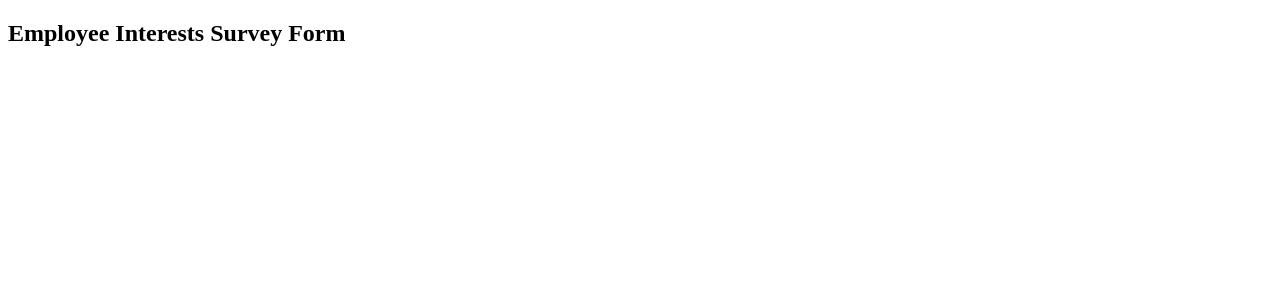
Repository: JoaoLemesDEV/Exercise-Survey-Form
Page: index.html
These files come from the project's save history. The page is drawn as it stood at one moment and after a run of saves; the edit follows.
The browser window is 1280 px wide. The pictures show the whole page.

Above is the page before, as saved 2021-10-10 18:17:19.

After the next 8 saves:
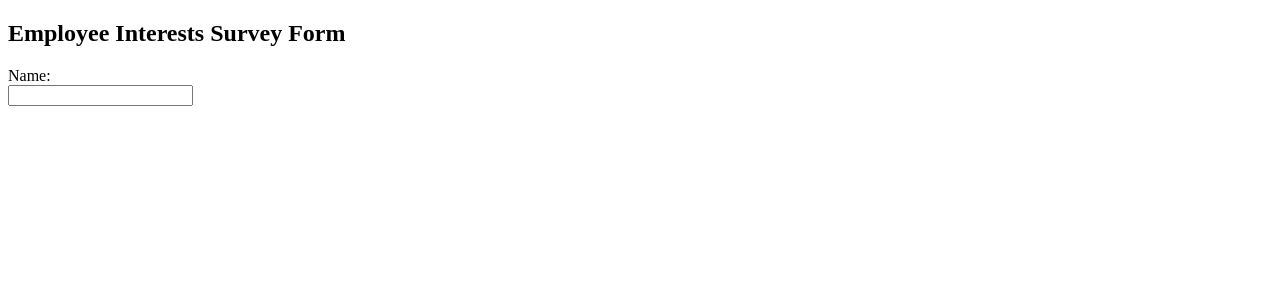
The 8 saves are shown as one change because they came seconds apart.
The last was saved 24 s later.
--- a/index.html
+++ b/index.html
@@ -8,6 +8,8 @@
 </head>
 <body>
   <h2>Employee Interests Survey Form</h2>
+  <label for="name">Name: </label><br>
+  <input type="text" name="" id="">
 
 
 </body>
